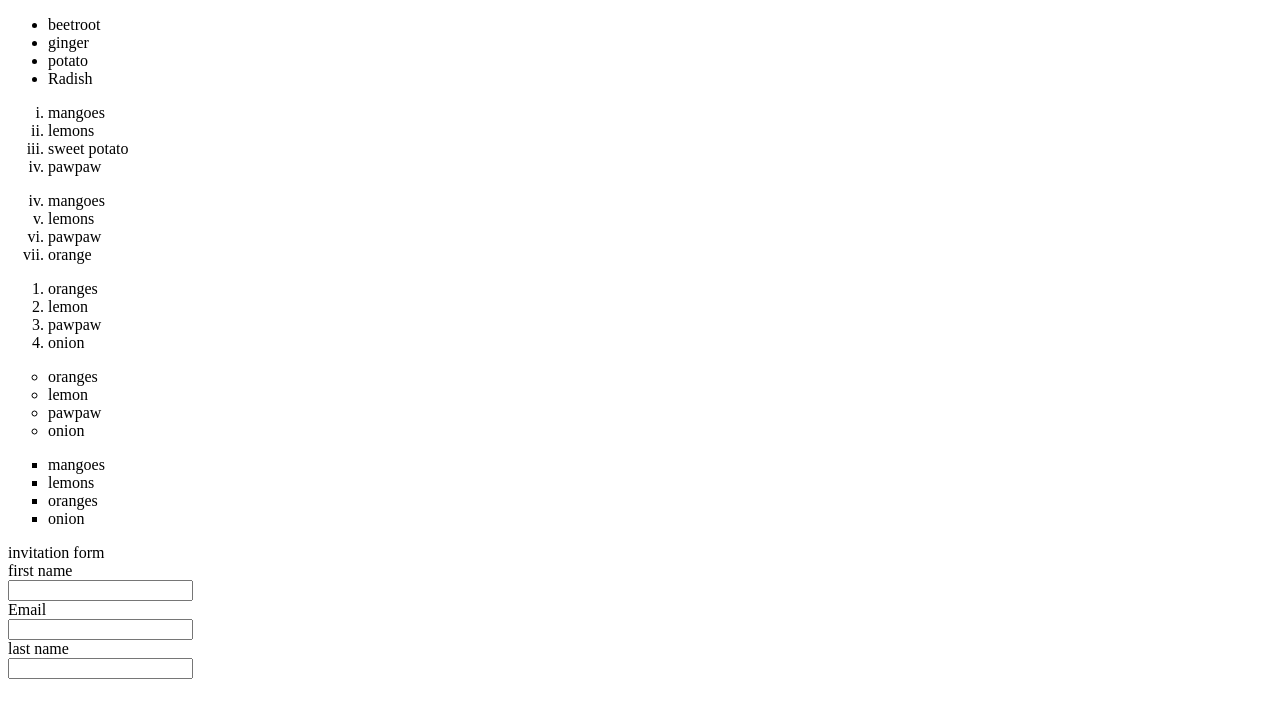
Repository: Okwahi/first--code-lessons
Page: Rinato.html
An editor plug-in stored every save of this project. The page is shown before and after a run of saves, followed by the edit.
The browser window is 1280 px wide. The pictures show the whole page.

Above is the page before, as saved 2023-03-09 11:58:05.

### Rinato.html
<!DOCTYPE html>
<html lang="en">
<head>
    <meta charset="UTF-8">
    <meta http-equiv="X-UA-Compatible" content="IE=edge">
    <meta name="viewport" content="width=device-width, initial-scale=1.0">
    <title>Document</title>
    <link rel="stylesheet" href="/Rinato.css">
</head>
<body>
    <ul type="triangle">
        <li>beetroot</li>
        <li>ginger</li>
        <li>potato</li>
        <li>Radish</li>
    </ul>
    <ol type="i">
        <li> mangoes</li>
        <li>lemons</li>
        <li>sweet potato</li>
        <li>pawpaw</li>

    </ol>
    <ol type="i" start="4">
        <li>mangoes</li>
        <li>lemons</li>
        <li>pawpaw</li>
        <li>orange</li>
    </ol>
    <ol type="1">
        <li>oranges</li>
        <li>lemon</li>
        <li>pawpaw</li>
        <li>onion</li>
    </ol>
    <ul type="circle">
        <li>oranges</li>
            <li>lemon</li>
            <li>pawpaw</li>
            <li>onion</li>
    </ul>
    <ul type="square">
        <li>mangoes</li>
        <li>lemons</li>
        <li>oranges</li>
        <li>onion</li>
    </ul>
    <ul></ul>
    <form action=""> invitation form <br>
        <label for="first name"> first name</label><br>
        <input type="text" id="first name" name="first name"><br>
        <label for="Email">Email</label><br>
        <input type="Email" id="Email" name="Email"><br>
        <label for="last name">last name</label><br>
        <input type="text" id="last name"><br>
    </form>

Loaded but not shown: Rinato.css (common file)

After the next 2 saves:
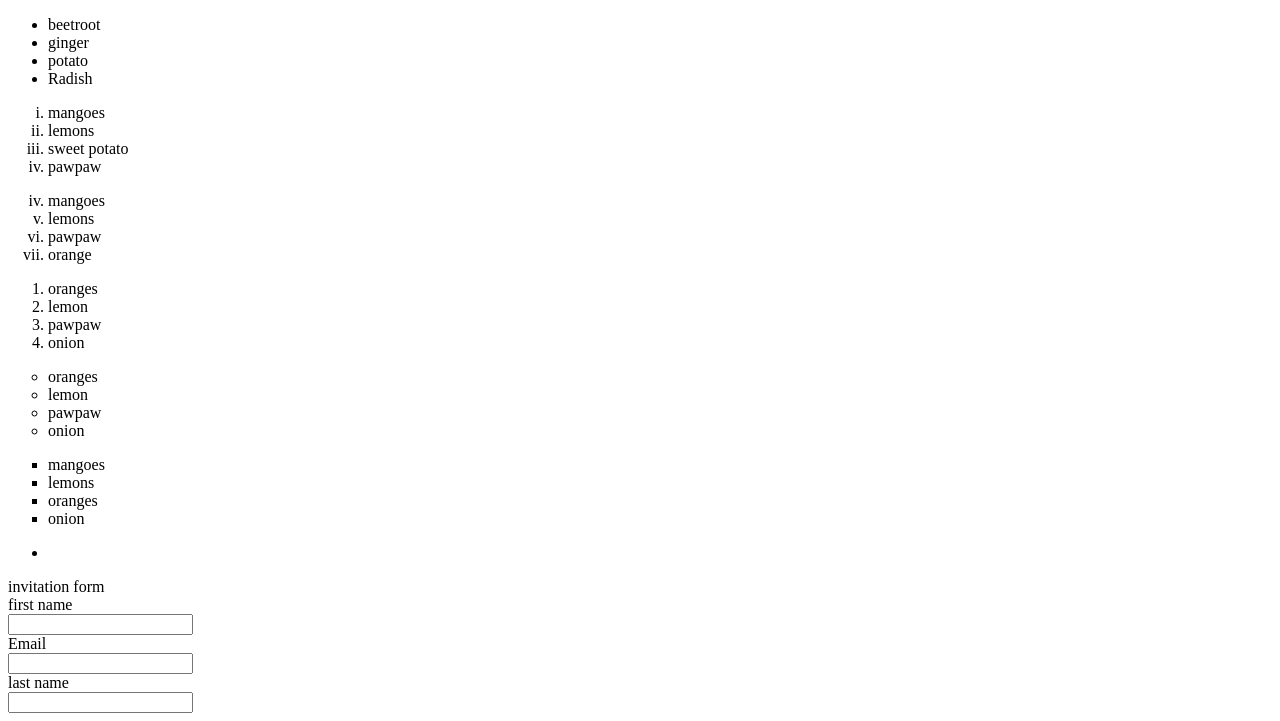
The 2 saves are shown as one change because they came seconds apart.
The last was saved 9 s later.
--- a/Rinato.html
+++ b/Rinato.html
@@ -45,7 +45,9 @@
         <li>oranges</li>
         <li>onion</li>
     </ul>
-    <ul></ul>
+    <ul>
+        <li></li>
+    </ul>
     <form action=""> invitation form <br>
         <label for="first name"> first name</label><br>
         <input type="text" id="first name" name="first name"><br>
